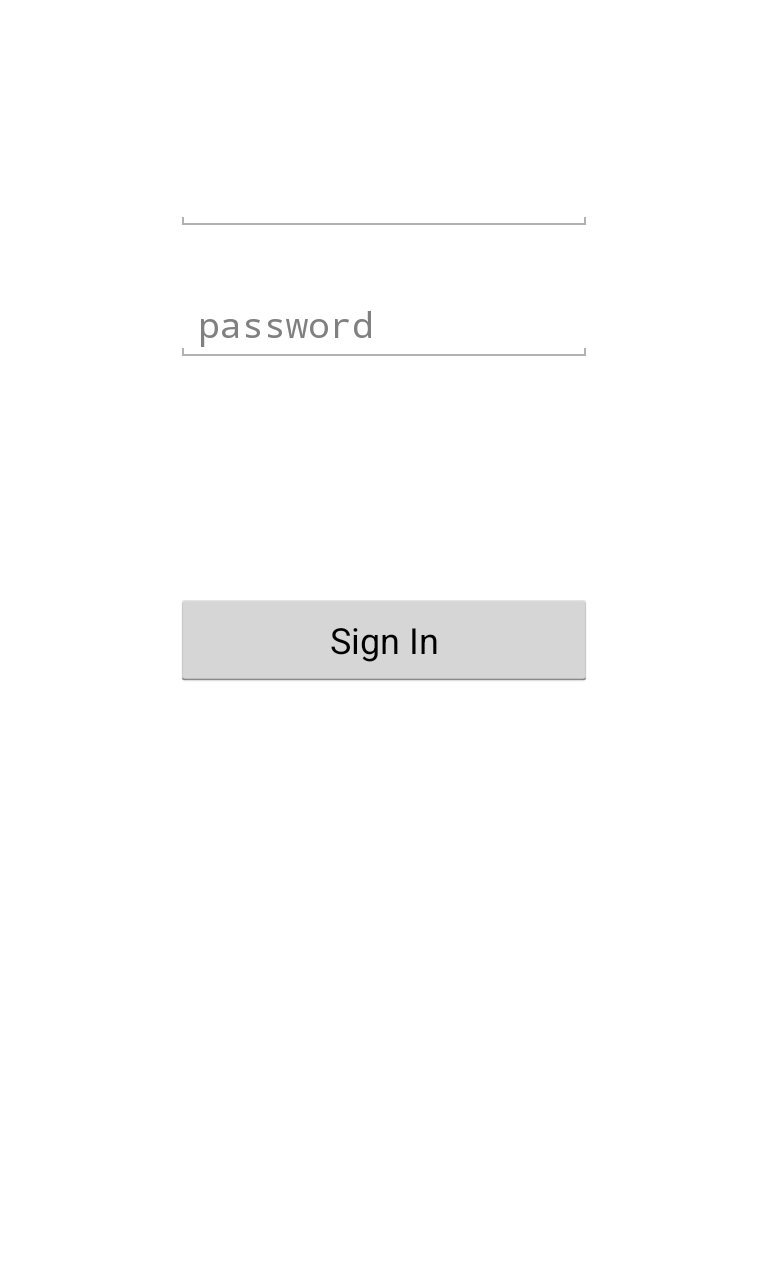
Repository: NarenPamza/Android_Template
Layout: LastNightParty/res/layout/activity_sign_in.xml
These files come from the project's save history. The layout is drawn as it stood at one moment and after the next save; the edit follows.
It is drawn on a 768 x 1280 px phone screen (xhdpi) without system bars, with theme AppTheme; the app's code is not run. The app's manifest (not shown) leaves right-to-left support off. So textAlignment, textDirection and layoutDirection are ignored, and left and right values win over start and end ones.

Above is the layout before, as saved 2015-12-25 14:40:23.

### LastNightParty/res/layout/activity_sign_in.xml
<RelativeLayout xmlns:android="http://schemas.android.com/apk/res/android"
    xmlns:tools="http://schemas.android.com/tools"
    android:layout_width="match_parent"
    android:layout_height="match_parent"
    android:paddingBottom="@dimen/activity_vertical_margin"
    android:paddingLeft="@dimen/activity_horizontal_margin"
    android:paddingRight="@dimen/activity_horizontal_margin"
    android:paddingTop="@dimen/activity_vertical_margin"
    tools:context="com.androidParty.lastnightparty.SignInActivity" >

    <EditText
        android:id="@+id/user_name"
        android:layout_width="wrap_content"
        android:layout_height="wrap_content"
        android:layout_alignParentTop="true"
        android:layout_centerHorizontal="true"
        android:layout_marginTop="61dp"
        android:ems="10"
        android:inputType="textPersonName"
        android:labelFor="@+id/user_name" />

    <EditText
        android:id="@+id/password"
        android:layout_width="wrap_content"
        android:layout_height="wrap_content"
        android:layout_alignStart="@+id/password"
        android:layout_below="@+id/user_name"
        android:layout_centerHorizontal="true"
        android:layout_marginTop="26dp"
        android:ems="10"
        android:inputType="textPassword"
        android:labelFor="@+id/password"
        android:hint="@string/password" />

    <Button
        android:id="@+id/button1"
        android:layout_width="wrap_content"
        android:layout_height="wrap_content"
        android:layout_alignStart="@+id/user_name"
        android:layout_alignEnd="@+id/user_name"
        android:layout_centerVertical="true"
        android:text="@string/Sign_In_Button" />

</RelativeLayout>

### LastNightParty/res/values/strings.xml
<?xml version="1.0" encoding="utf-8"?>
<resources>

    <string name="app_name">LastNightParty</string>
    <string name="hello_world">Last Nyte</string>
    <string name="action_settings">Settings</string>
    <string name="create_new">Create New Account</string>
    <string name="sign_in">Sign in With Email</string>
    <string name="title_activity_create_new_account">CreateNewAccountActivity</string>
    <string name="title_activity_sign_in">SignInActivity</string>
    <string name="Sign_In_Button">Sign In</string>

    <string name="user_name">user name</string>
    <string name="password">password</string>

    <string name="create_account">Create Account</string>
</resources>

Loaded but not shown: LastNightParty/res/values/styles.xml (common file); LastNightParty/res/values-v11/styles.xml (common file); LastNightParty/res/values-v14/styles.xml (common file); LastNightParty/res/values/dimens.xml (common file); LastNightParty/res/values-w820dp/dimens.xml (common file)

After the next save:
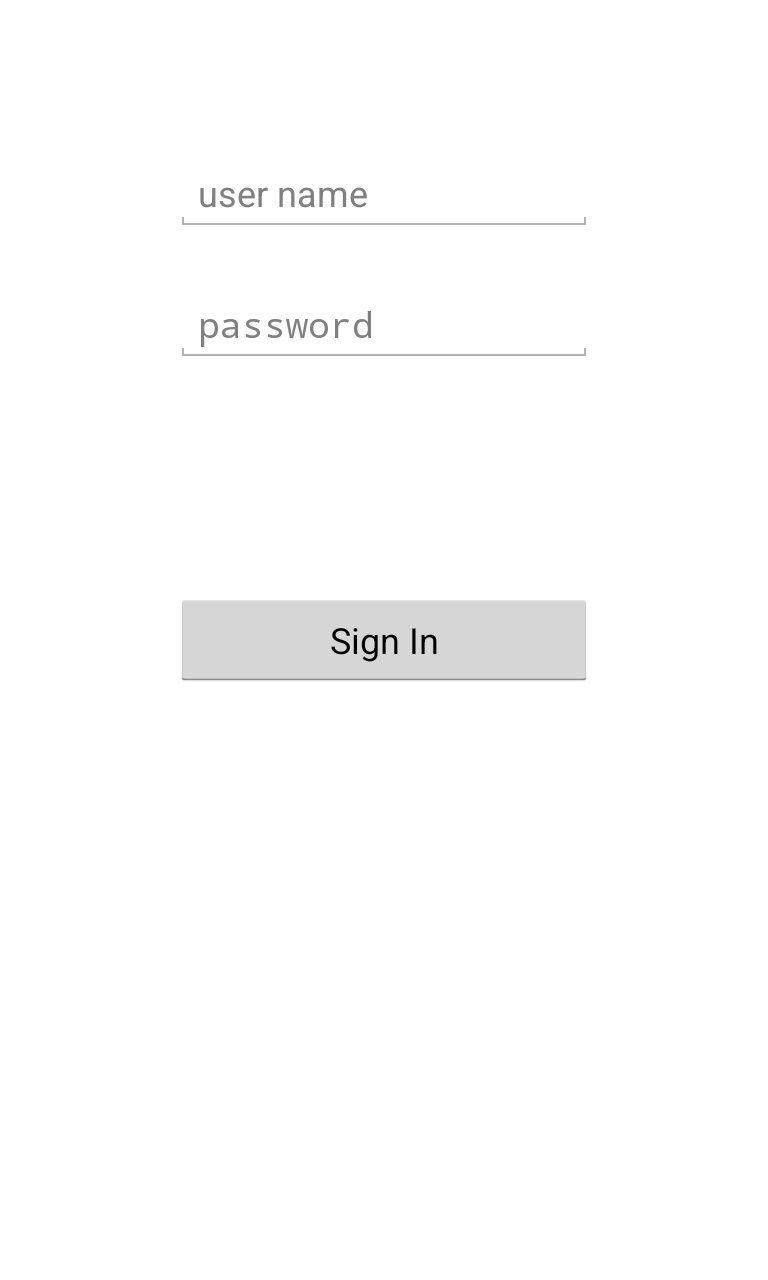
Saved 13 s later.
--- a/LastNightParty/res/layout/activity_sign_in.xml
+++ b/LastNightParty/res/layout/activity_sign_in.xml
@@ -17,7 +17,8 @@
         android:layout_marginTop="61dp"
         android:ems="10"
         android:inputType="textPersonName"
-        android:labelFor="@+id/user_name" />
+        android:labelFor="@+id/user_name"
+        android:hint="@string/user_name" />
 
     <EditText
         android:id="@+id/password"
